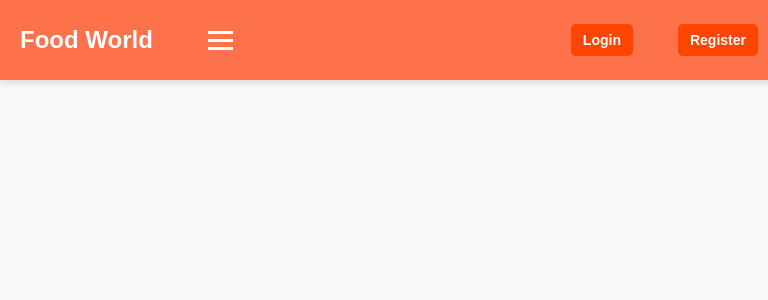
Repository: Sujith-B-S/Food-Application
Page: http://localhost/FoodApplication/home.jsp
An editor plug-in stored every save of this project. The page is shown before and after the next save, followed by the edit.
The browser window is 768 px wide. The pictures show the whole page.
Some web fonts or font styles are not loaded; a fallback is used. The page is served by Tomcat 9.

Above is the page before, as saved 2024-11-20 05:31:24.

After the next save:
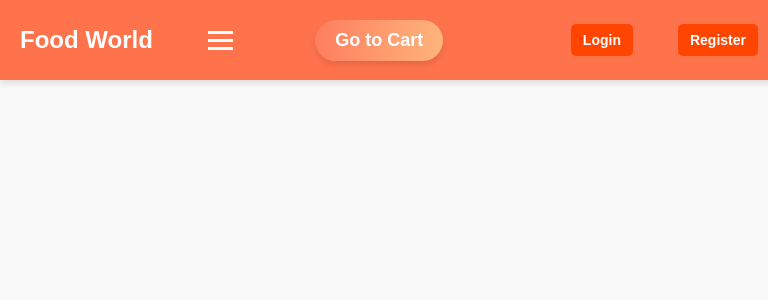
Saved 24 s later.
--- a/FoodApplication/src/main/webapp/home.jsp
+++ b/FoodApplication/src/main/webapp/home.jsp
@@ -231,9 +231,7 @@
             .user-info a {
                 font-size: 14px;
             }
-            .cart-button{
-            	display:none;
-            }
+
         }
 
         @media (max-width: 450px) {
